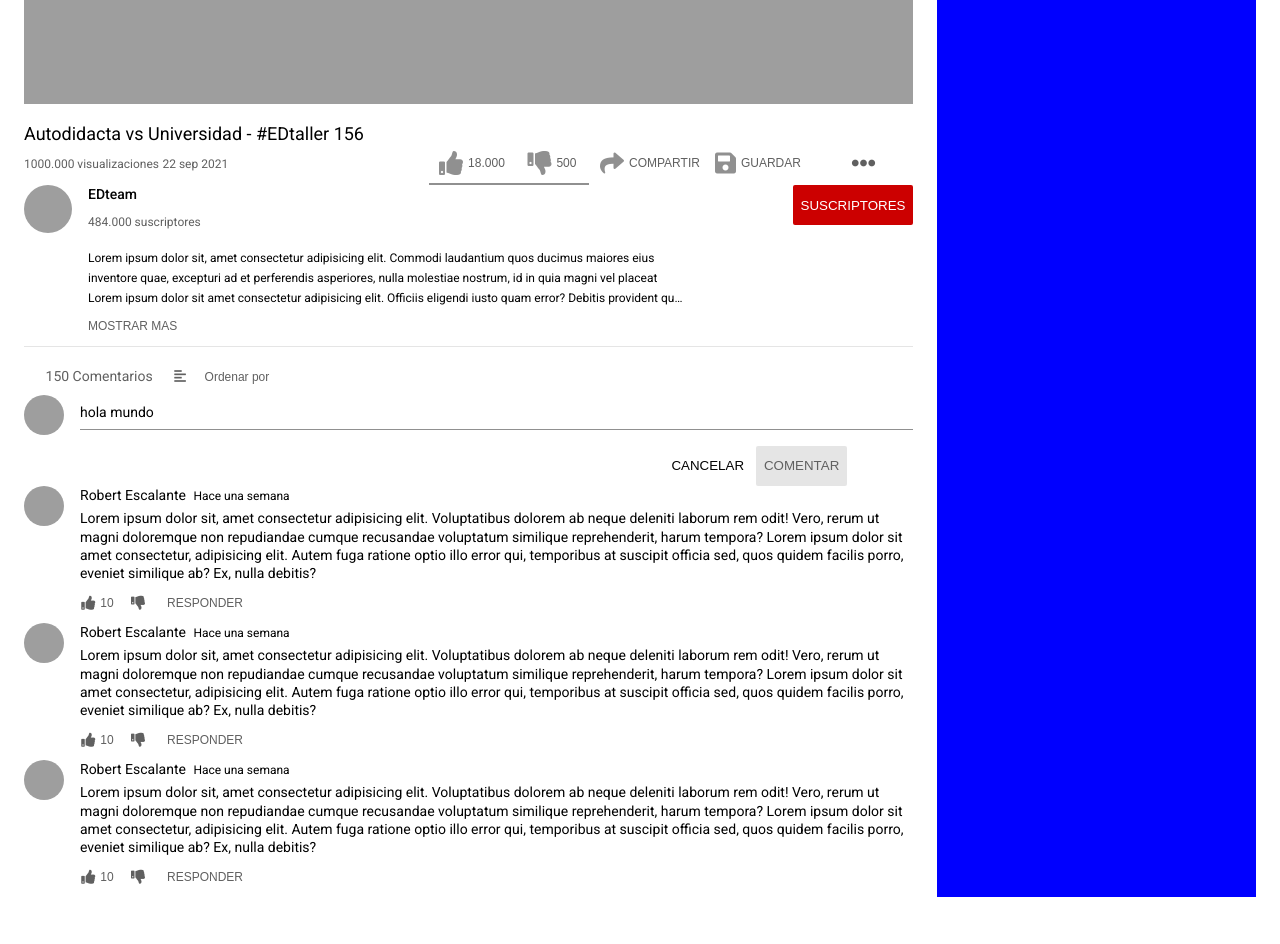
Repository: RobertAries28/ClonYoutube
Page: video.html
An editor plug-in stored every save of this project. The page is shown before and after the next save, followed by the edit.
The browser window is 1280 px wide. The pictures show the part of the page from y = 476 to 1428 px (the page is 1420 px tall before and 1428 px after).
Pictures or frames that could not be fetched are drawn as grey boxes. Some web libraries are served in a nearby version.

Above is the page before, as saved 2021-09-26 11:59:28.

After the next save:
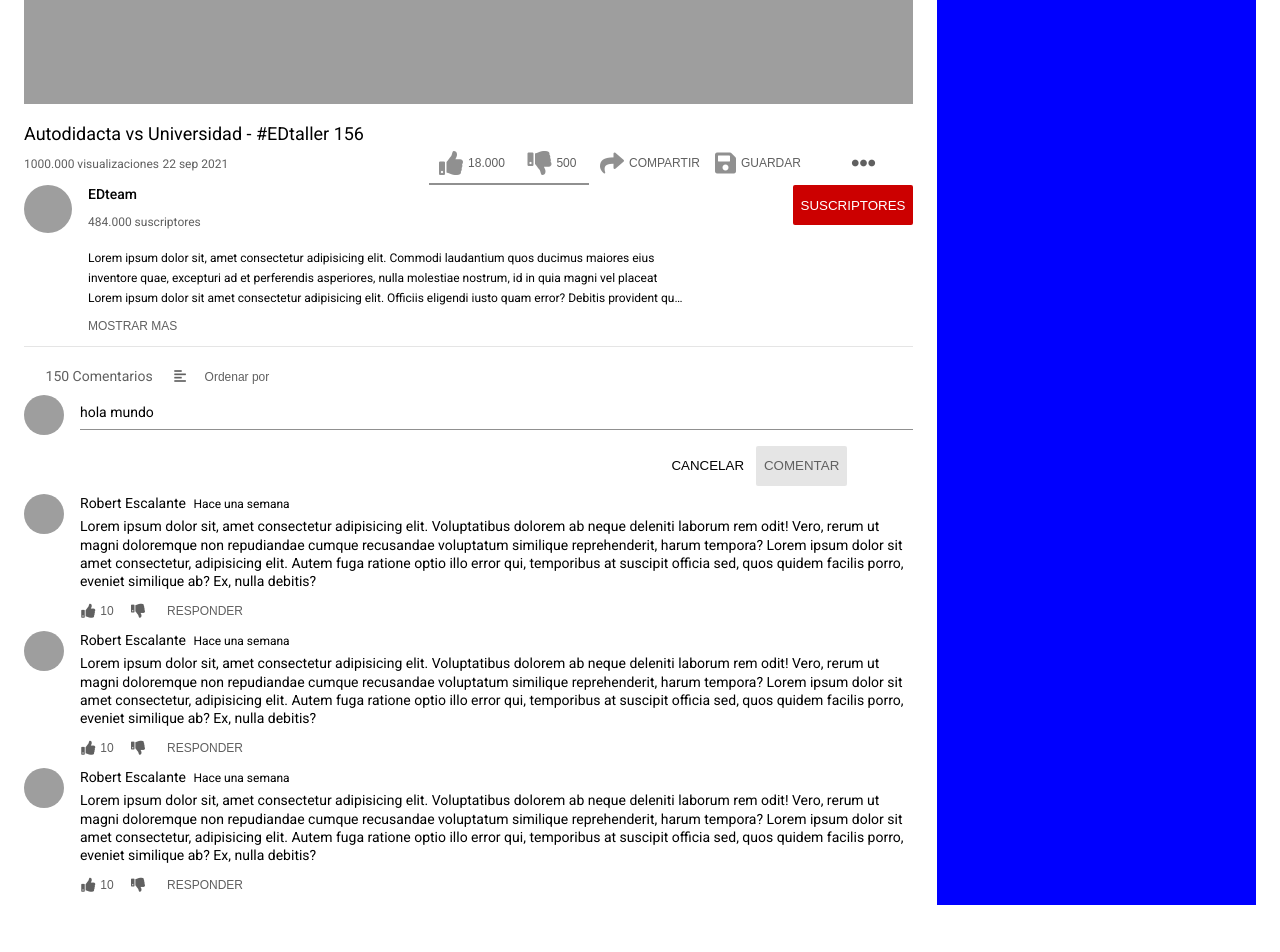
Saved 10 h 38 min later.
--- a/style.css
+++ b/style.css
@@ -654,6 +654,7 @@ hr.big{
     gap: 1rem;
     align-items: flex-start;
     margin-top: 10px;
+    margin-bottom: 0.5rem;
 }
 
 .comment-form .user-avatar{
